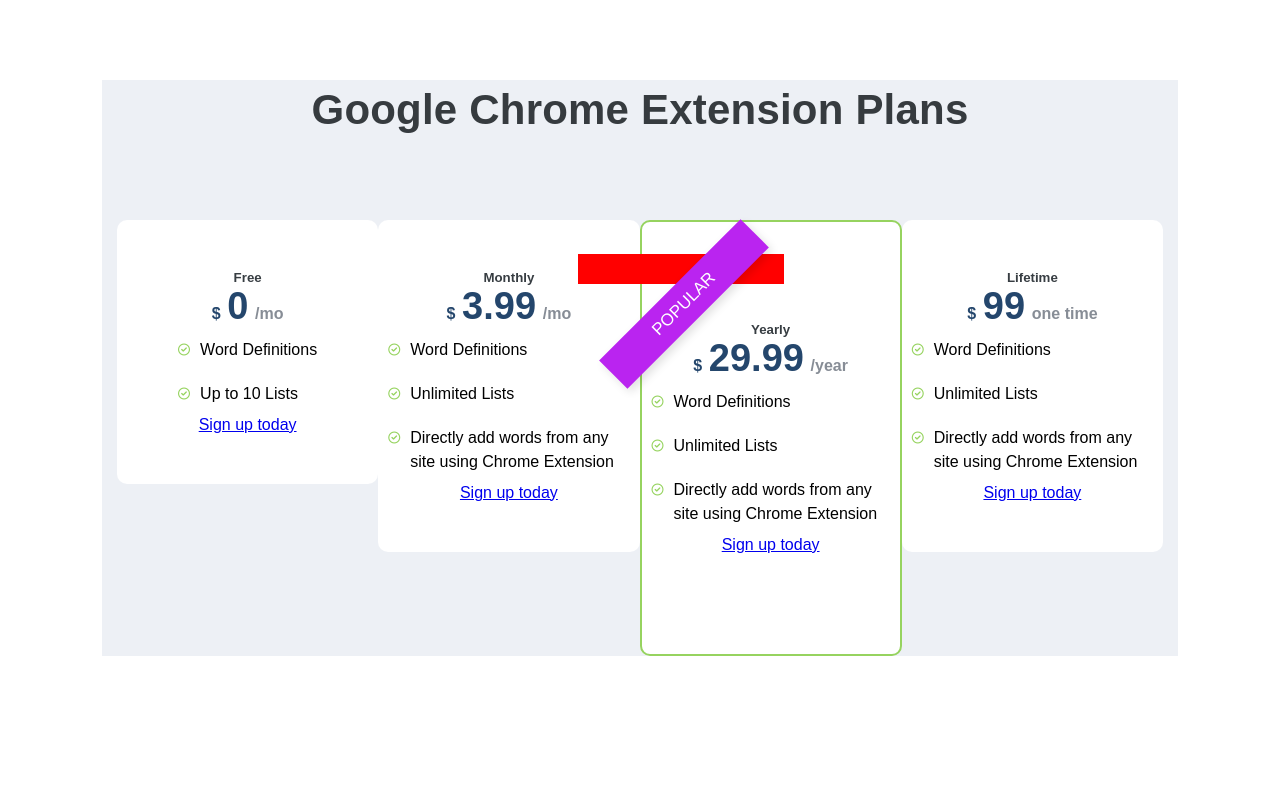
Repository: Novoselets28/chatos-test-task
Page: index.html
These files come from the project's save history. The page is drawn as it stood at one moment and after the next save; the edit follows.
The browser window is 1280 px wide. The pictures show the whole page.

Above is the page before, as saved 2023-04-19 19:54:09.

After the next save:
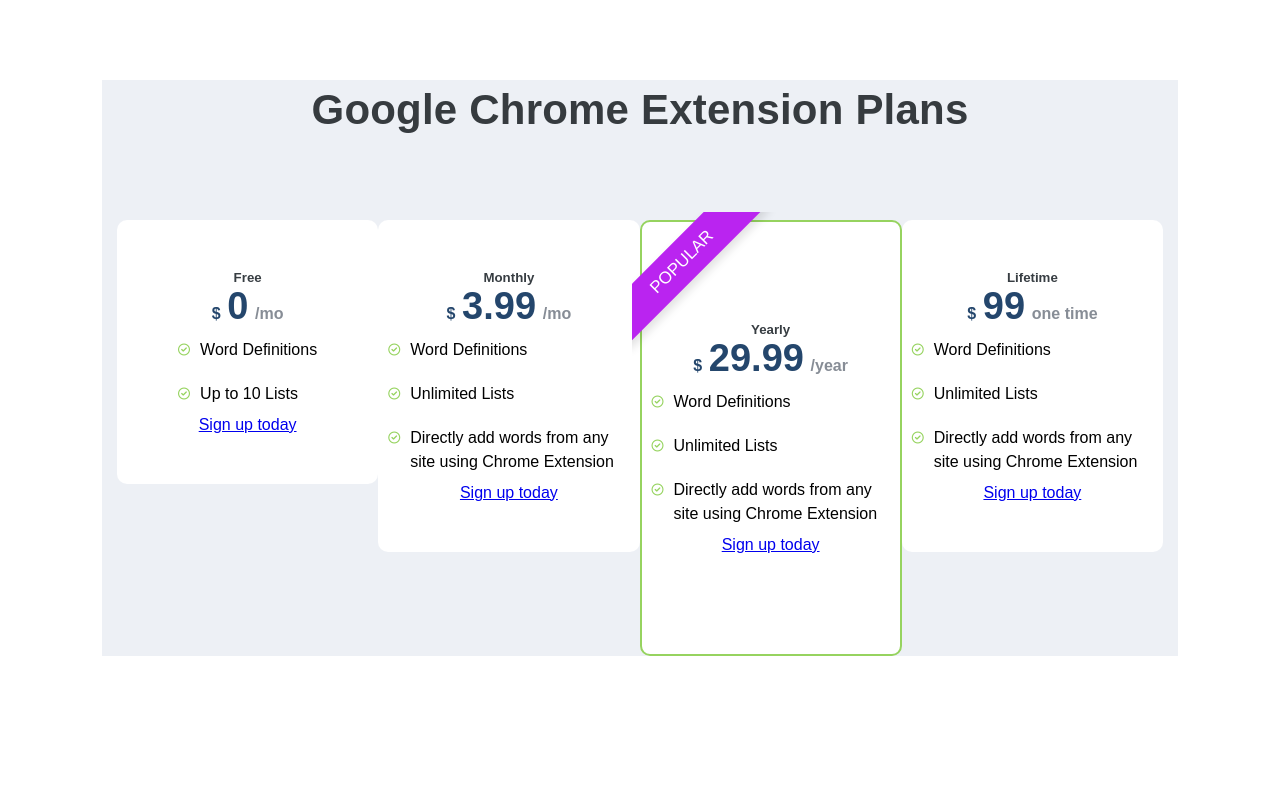
Saved 49 s later.
--- a/index.css
+++ b/index.css
@@ -68,20 +68,12 @@
 }
 
 .ribbon {
-    /* Позиционирование ленты */
-    left: -64px;
-    position: absolute;
-    top: 32px;
-
-    /* Размеры ленты */
-    height: 30px;
-    width: 206px;
-
-    /* Цвет фона */
-    background-color: red;
-
-    /* Текст по центру */
-    text-align: center;
+    width: 150px;
+  height: 150px;
+  position: absolute;
+  top: -10px;
+  left: -10px;
+  overflow: hidden;
 }
 
 .ribbon span {
